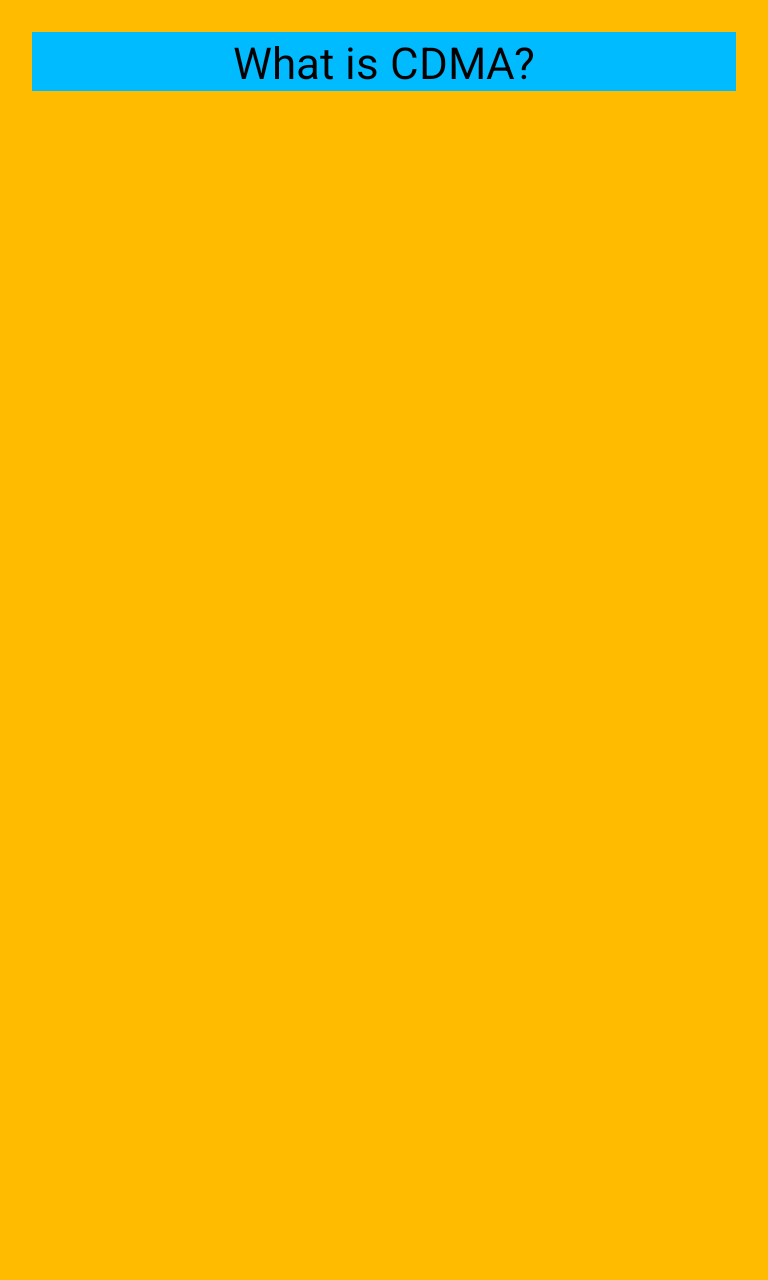
Repository: sbobhate/Android-Applications
Layout: Orient/res/layout/activity_fragment1.xml
An editor plug-in stored every save of this project. The layout is shown before and after the next save, followed by the edit.
It is drawn on a 768 x 1280 px phone screen (xhdpi) without system bars, with theme AppTheme; the app's code is not run.

Above is the layout before, as saved 2014-02-19 19:58:15.

### Orient/res/layout/activity_fragment1.xml
<RelativeLayout xmlns:android="http://schemas.android.com/apk/res/android"
    xmlns:tools="http://schemas.android.com/tools"
    android:layout_width="match_parent"
    android:layout_height="match_parent"
    android:paddingBottom="@dimen/activity_vertical_margin"
    android:paddingLeft="@dimen/activity_horizontal_margin"
    android:paddingRight="@dimen/activity_horizontal_margin"
    android:paddingTop="@dimen/activity_vertical_margin"
    tools:context=".Fragment1"
    android:background="#FFBB00" >

   	<TextView
   	    android:id="@+id/text"
        android:layout_width="fill_parent"
        android:layout_height="wrap_content"
        android:textAppearance="?android:attr/textAppearanceLarge"
        android:textColor="#000000"
        android:gravity="center"
        android:text="@string/cdmaTitle"
        android:layout_centerHorizontal="true"
        android:background="#00BBFF" />

   	<ScrollView
   	    android:layout_below="@+id/text"
   	    android:layout_width="fill_parent"
        android:layout_height="fill_parent"
        >
		<TextView
		    android:layout_width="wrap_content"
        	android:layout_height="wrap_content"
		    android:textAppearance="?android:attr/textAppearanceLarge"
        	android:textColor="#000000"
		    />
   	</ScrollView>

</RelativeLayout>

### Orient/res/values/strings.xml
<?xml version="1.0" encoding="utf-8"?>
<resources>

    <string name="app_name">Orient</string>
    <string name="action_settings">Settings</string>
    <string name="hello_world">Hello world!</string>
    <string name="action_overflow">Overflow</string>
    <string name="instructions">Instructions</string>
    <string name="reader">Reader</string>
    <string name="title_activity_instructions">Instructions</string>
    <string name="title_activity_reader">Reader</string>
    <string name="logo">Logo</string>
    <string name="title_activity_instructions_list_fragment">List</string>

    <string-array name="steps">
        <item>Step 1</item>
        <item>Step 2</item>
        <item>Step 3</item>
        <item>Step 4</item>
        <item>Step 5</item>
    </string-array>
    <string-array name="instructions">
        <item>These are the set of instructions for Step 1. Lorem Ipsum Lorem Ipsum
            Lorem Ipsum Lorem Ipsum Lorem Ipsum Lorem Ipsum</item>
        <item>These are the set of instructions for Step 2.</item>
        <item>These are the set of instructions for Step 3.</item>
        <item>These are the set of instructions for Step 4.</item>
        <item>These are the set of instructions for Step 5.</item>
    </string-array>

    <string name="title_activity_fragment1">Instructions</string>
    <string name="back">Back</string>
    <string name="next">Next</string>
    <string name="title_activity_about_us">About Us</string>
    <string name="title_activity_cdma_visual">CdmaVisual</string>
    <string name="description">CDMA is a type of cellular data
        protocol.</string>
    <string name="title_activity_fragment2">Signal Quality</string>
    <string name="cdmaTitle">What is CDMA?</string>

</resources>

Loaded but not shown: Orient/res/values/styles.xml (common file); Orient/res/values-v11/styles.xml (common file); Orient/res/values-v14/styles.xml (common file); Orient/res/values/dimens.xml (common file)

After the next save:
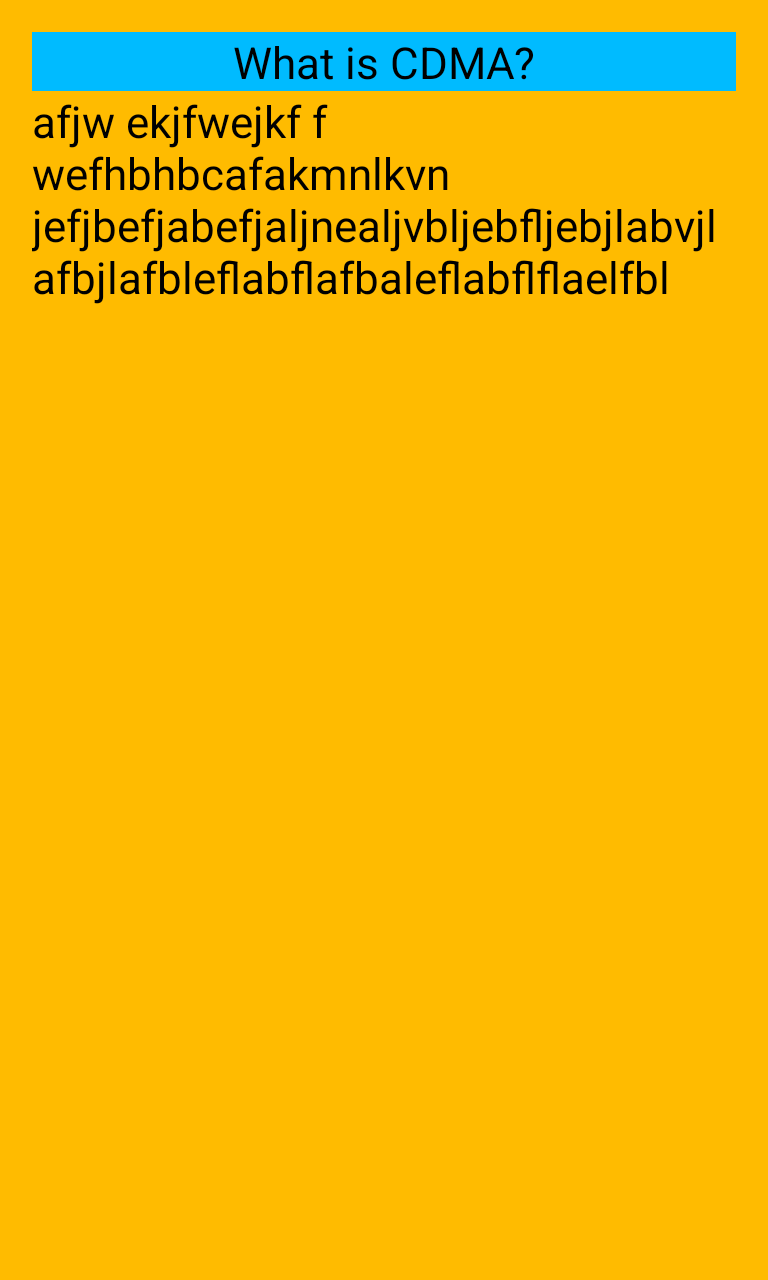
Saved 20 s later.
--- a/Orient/res/layout/activity_fragment1.xml
+++ b/Orient/res/layout/activity_fragment1.xml
@@ -30,6 +30,7 @@
         	android:layout_height="wrap_content"
 		    android:textAppearance="?android:attr/textAppearanceLarge"
         	android:textColor="#000000"
+        	android:text="afjw ekjfwejkf f wefhbhbcafakmnlkvn jefjbefjabefjaljnealjvbljebfljebjlabvjlafbjlafbleflabflafbaleflabflflaelfbl"
 		    />
    	</ScrollView>
 
